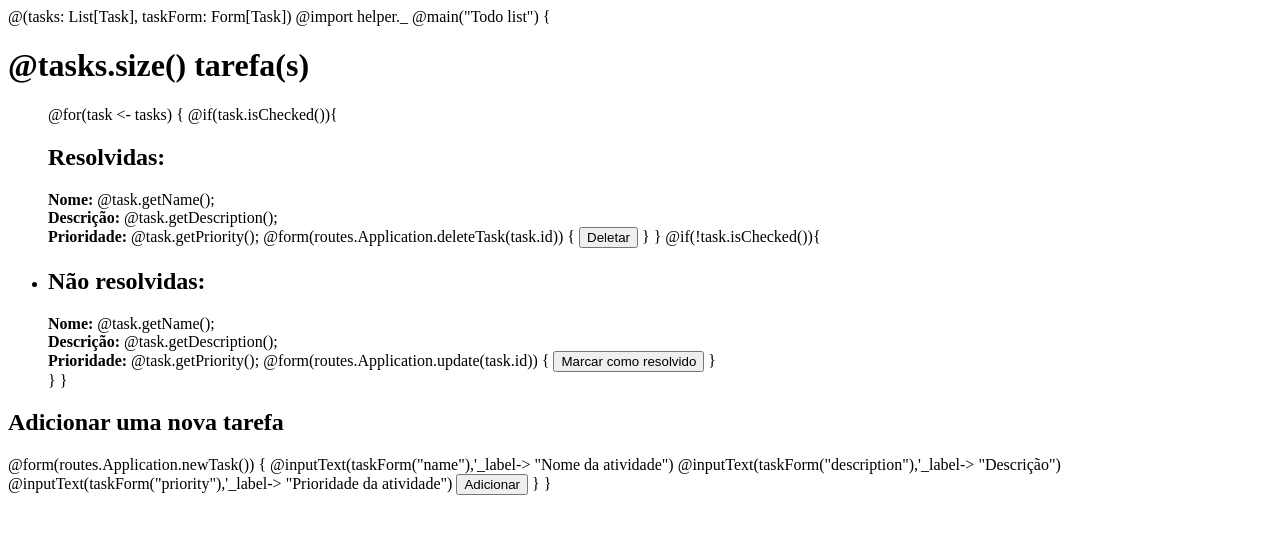
Repository: analuizamtg/si1
Page: lab2/todolist/.target/views/index.scala.html
The author's editor kept a copy of each file at every save. The page is drawn from the files as they stood at one save, then again after the next save.
The browser window is 1280 px wide. The pictures show the whole page.

Above is the page before, as saved 2013-11-26 22:41:17.

After the next save:
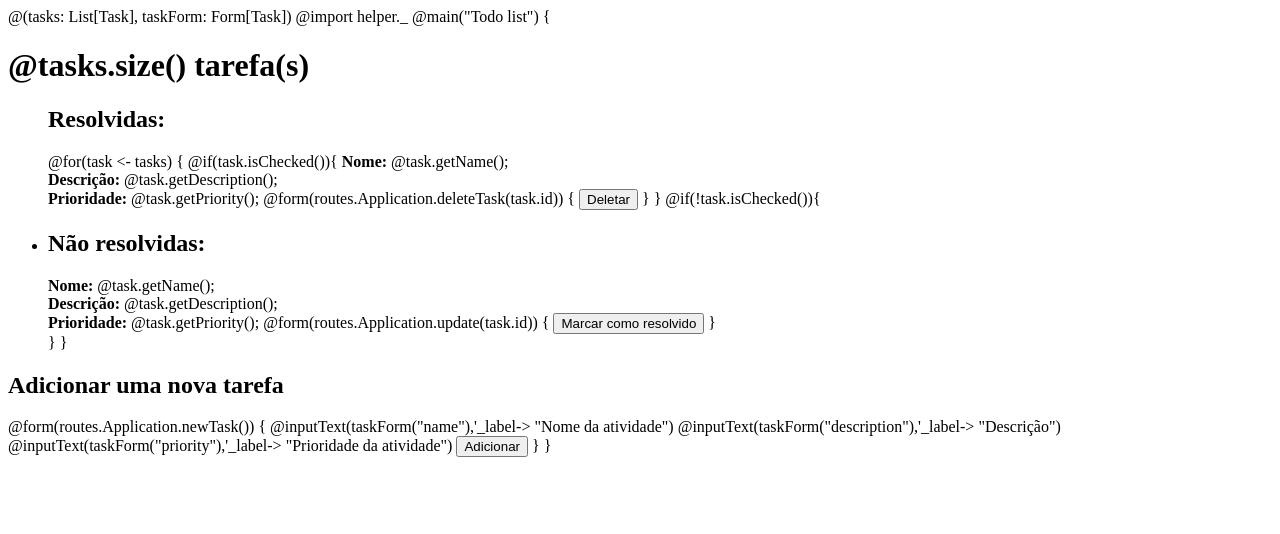
Saved 93 s later.
--- a/lab2/todolist/.target/views/index.scala.html
+++ b/lab2/todolist/.target/views/index.scala.html
@@ -7,9 +7,10 @@
     <h1>@tasks.size() tarefa(s)</h1>
 
     <ul>
+    	<b><h2> Resolvidas: </h2></b>
         @for(task <- tasks) {
         	@if(task.isChecked()){
-        		<b><h2> Resolvidas: </h2></b>
+
         		<b>Nome:</b> @task.getName();
                 <br>
                 <b>Descrição:</b>  @task.getDescription();
